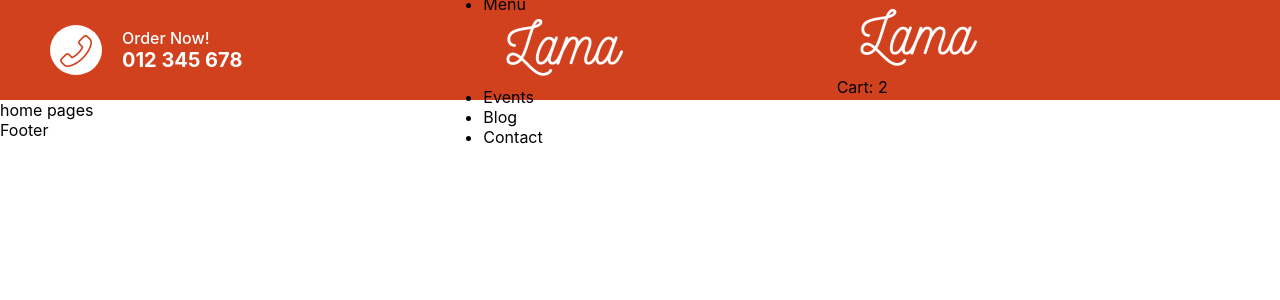
Repository: exiled-kal/RestuarantNextJS
Page: /
The author's editor kept a copy of each file at every save. The page is drawn from the files as they stood at one save, then again after a run of saves.
The browser window is 1280 px wide. The pictures show the whole page.
The project was rebuilt for these pictures with package versions that can differ from the ones it lists, and the page was loaded fresh each time. The framework's server and built-in components were replaced by stand-ins that run in the browser. Also part of the build but not shown: next.config.js, styles/Home.module.css.

Above is the page before, as saved 2021-12-14 13:09:33.

### pages/index.js
import Head from "next/head";
import Image from "next/image";
import styles from "../styles/Home.module.css";

export default function Home() {
  return (
    <div className={styles.container}>
      <Head>
        <title>Cake Restaurant in Bay Area</title>
        <meta name="description" content="Best Cake in town" />
        <link rel="icon" href="/favicon.ico" />
      </Head>
      home pages
    </div>
  );
}

### components/Footer.jsx
const Footer = () => {
    return (
        <div>
            Footer
        </div>
    )
}

export default Footer

### components/Navbar.jsx
import Image from "next/image";
import styles from "../styles/Navbar.module.css";

const Navbar = () => {
  return (
    <div className={styles.container}>
      <div className={styles.item}>
        <div className={styles.callButton}>
          <Image src="/img/telephone.png" alt="" width="32" height="32" />
        </div>
        <div className={styles.texts}>
          <div className={styles.text}>Order Now!</div>
          <div className={styles.text}>012 345 678</div>
        </div>
      </div>

      <div className={styles.item}>
        <ul className={styles.list}>
          <li className={styles.listItem}>Homepage</li>
          <li className={styles.listItem}>Products</li>
          <li className={styles.listItem}>Menu</li>
          <Image src="/img/logo.png" alt="" width="160px" height="69px" />
          <li className={styles.listItem}>Events</li>
          <li className={styles.listItem}>Blog</li>
          <li className={styles.listItem}>Contact</li>
        </ul>
      </div>
      <div className={styles.item}>
        <div>
          <Image src="/img/logo.png" alt="" width="160px" height="69px" />
          <div className={styles.cartItem}> Cart: 2</div>
        </div>
      </div>
    </div>
  );
};

export default Navbar;

### styles/Navbar.module.css
.container {
  height: 100px;
  padding: 0px 50px;
  background-color: #d1411e;
  display: flex;
  align-items: center;
  justify-content: space-between;
  position: sticky;
  top: 0px;
}

.item {
  flex: 1;
  display: flex;
  align-items: center;
}

.items:nth-child(2) {
  flex: 3;
}

.callButton {
  background-color: white;
  border-radius: 50%;
  padding: 10px;
  height: 50px;
}

.texts {
  margin-left: 20px;
  color: white;
}

.text:first-child {
  font: size 12px;
  font-weight: 500;
}

.text:last-child {
  font-size: 20px;
  font-weight: bold;
}


.cartItem {
  color: navyblue;
}

Loaded but not shown: pages/_app.js (common file); components/Layout.js (common file); styles/globals.css (common file)

After the next 2 saves:
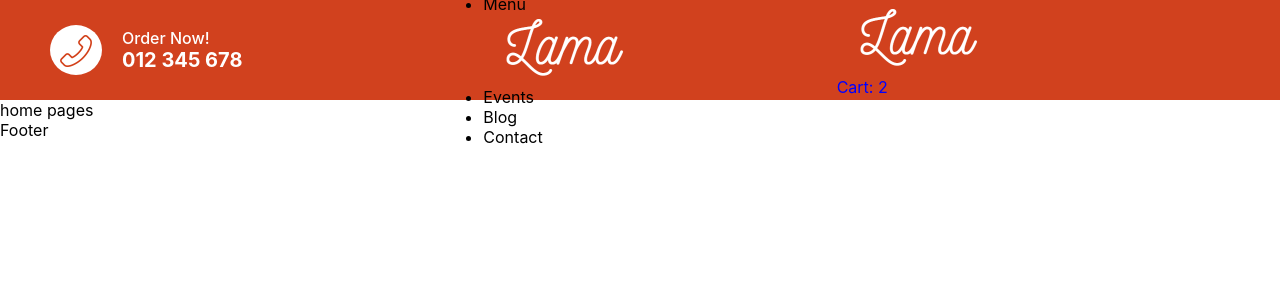
The 2 saves are shown as one change because they came seconds apart.
The last was saved 11 s later.
--- a/styles/Navbar.module.css
+++ b/styles/Navbar.module.css
@@ -41,7 +41,6 @@
   font-weight: bold;
 }
 
-
 .cartItem {
-  color: navyblue;
+  color: blue;
 }

After the 2 saves that followed:
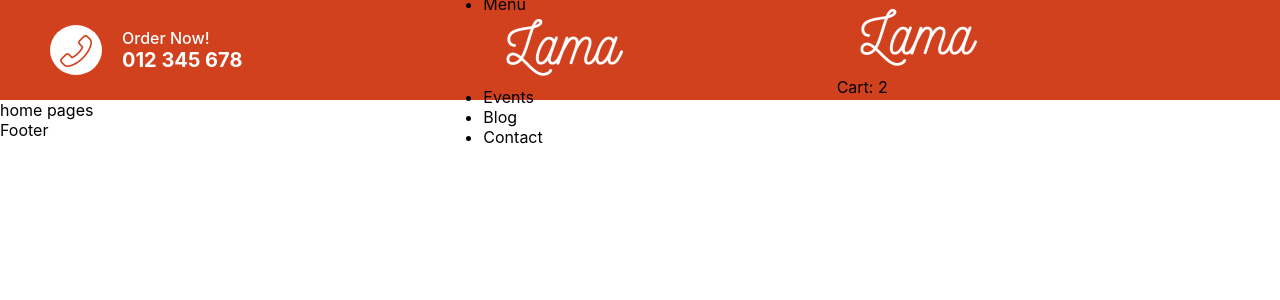
The 2 saves are shown as one change because they came seconds apart.
The last was saved 9 s later.
--- a/styles/Navbar.module.css
+++ b/styles/Navbar.module.css
@@ -42,5 +42,5 @@
 }
 
 .cartItem {
-  color: blue;
+  color: white sm;
 }
